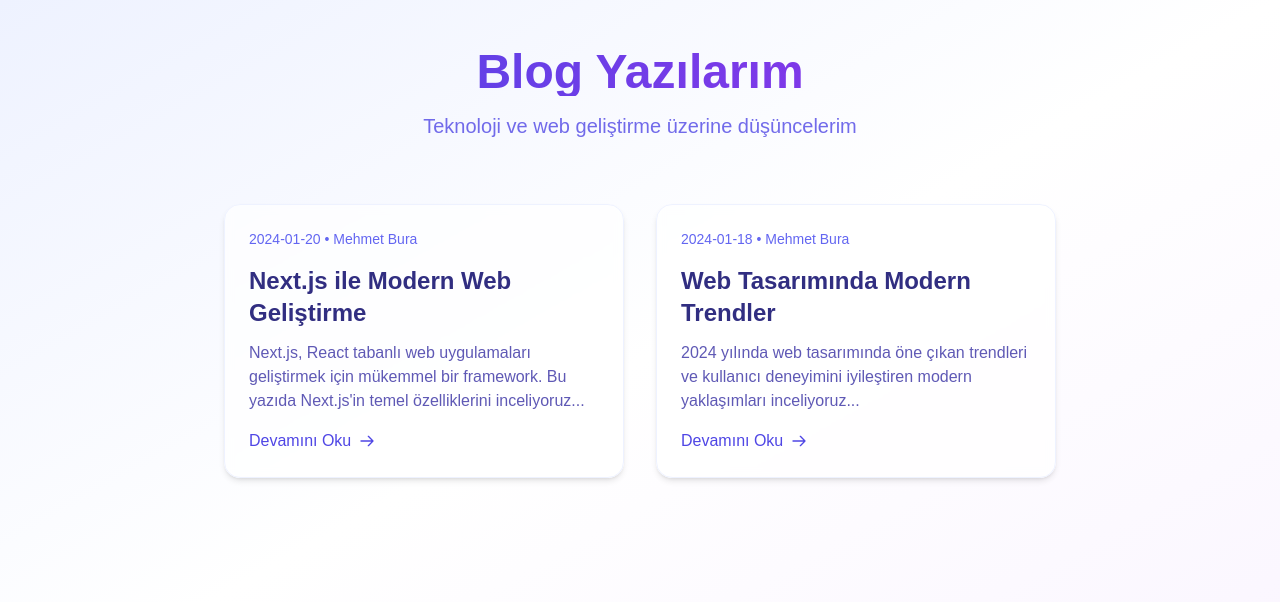
Repository: burakdemirrr/blog-app
Page: /
An editor plug-in stored every save of this project. The page is shown before and after the next save, followed by the edit.
The browser window is 1280 px wide. The pictures show the whole page.
The project was rebuilt for these pictures with package versions that can differ from the ones it lists, and the page was loaded fresh each time. The framework's server and built-in components were replaced by stand-ins that run in the browser. Also part of the build but not shown: next.config.js, next.config.ts.

Above is the page before, as saved 2024-12-29 22:30:06.

After the next save:
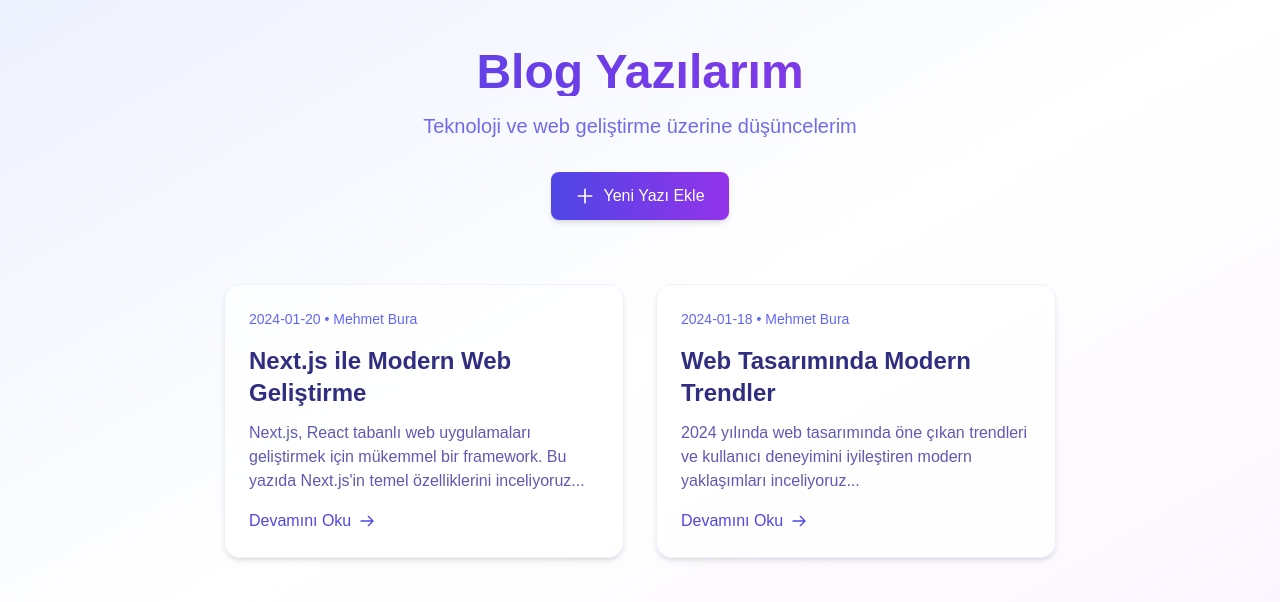
Saved 18 s later.
--- a/src/app/page.tsx
+++ b/src/app/page.tsx
@@ -9,7 +9,18 @@ export default function Home() {
           <h1 className="text-5xl font-bold text-indigo-900 mb-4 bg-clip-text text-transparent bg-gradient-to-r from-indigo-600 to-purple-600">
             Blog Yazılarım
           </h1>
-          <p className="text-xl text-indigo-600/80">Teknoloji ve web geliştirme üzerine düşüncelerim</p>
+          <p className="text-xl text-indigo-600/80 mb-8">Teknoloji ve web geliştirme üzerine düşüncelerim</p>
+
+          <Link
+            href="/blog/new"
+            className="inline-flex items-center px-6 py-3 rounded-lg bg-gradient-to-r from-indigo-600 to-purple-600 text-white font-medium
+              hover:from-indigo-700 hover:to-purple-700 transition-all duration-200 shadow-md hover:shadow-lg"
+          >
+            <svg className="w-5 h-5 mr-2" fill="none" stroke="currentColor" viewBox="0 0 24 24">
+              <path strokeLinecap="round" strokeLinejoin="round" strokeWidth={2} d="M12 4v16m8-8H4" />
+            </svg>
+            Yeni Yazı Ekle
+          </Link>
         </div>
 
         <div className="grid gap-8 md:grid-cols-2">
